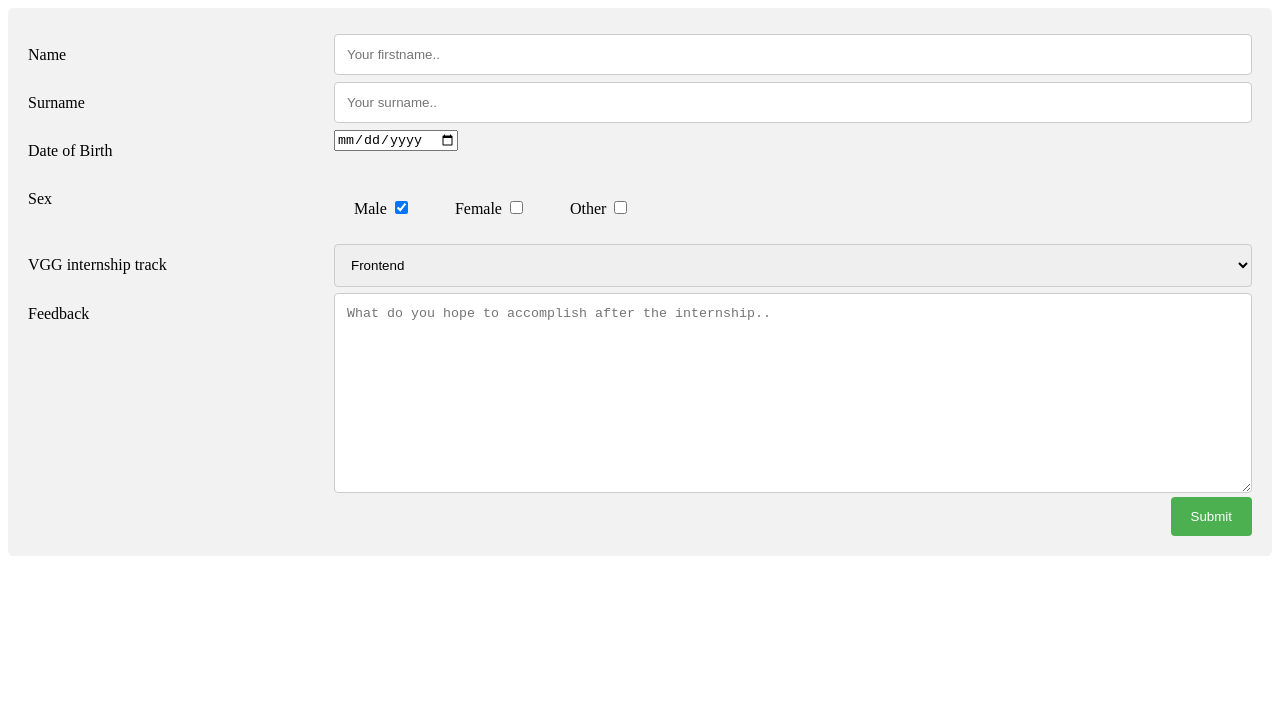
Repository: iphyokafor/VGG-Feedback-form
Page: index2.html
The author's editor kept a copy of each file at every save. The page is drawn from the files as they stood at one save, then again after the next save.
The browser window is 1280 px wide. The pictures show the whole page.

Above is the page before, as saved 2020-01-12 23:48:43.

After the next save:
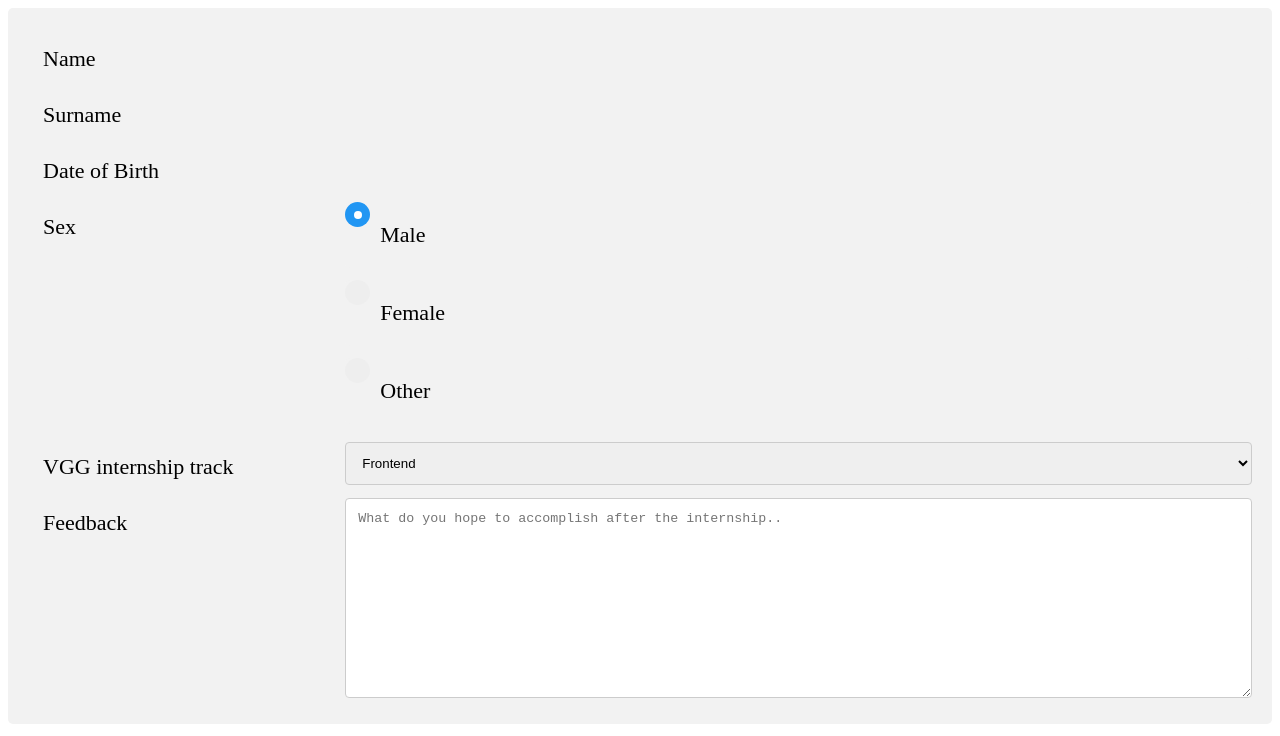
Saved 5 s later.
--- a/main.css
+++ b/main.css
@@ -79,3 +79,82 @@ input[type=submit] {
         margin-top: 0;
     }
 }
+
+.container {
+    display: block;
+    position: relative;
+    padding-left: 35px;
+    margin-bottom: 12px;
+    cursor: pointer;
+    font-size: 22px;
+    -webkit-user-select: none;
+    -moz-user-select: none;
+    -ms-user-select: none;
+    user-select: none;
+}
+
+
+/* Hide the browser's default radio button */
+
+.container input {
+    position: absolute;
+    opacity: 0;
+    cursor: pointer;
+    height: 0;
+    width: 0;
+}
+
+
+/* Create a custom radio button */
+
+.checkmark {
+    position: absolute;
+    top: 0;
+    left: 0;
+    height: 25px;
+    width: 25px;
+    background-color: #eee;
+    border-radius: 50%;
+}
+
+
+/* On mouse-over, add a grey background color */
+
+.container:hover input~.checkmark {
+    background-color: #ccc;
+}
+
+
+/* When the radio button is checked, add a blue background */
+
+.container input:checked~.checkmark {
+    background-color: #2196F3;
+}
+
+
+/* Create the indicator (the dot/circle - hidden when not checked) */
+
+.checkmark:after {
+    content: "";
+    position: absolute;
+    display: none;
+}
+
+
+/* Show the indicator (dot/circle) when checked */
+
+.container input:checked~.checkmark:after {
+    display: block;
+}
+
+
+/* Style the indicator (dot/circle) */
+
+.container .checkmark:after {
+    top: 9px;
+    left: 9px;
+    width: 8px;
+    height: 8px;
+    border-radius: 50%;
+    background: white;
+}
